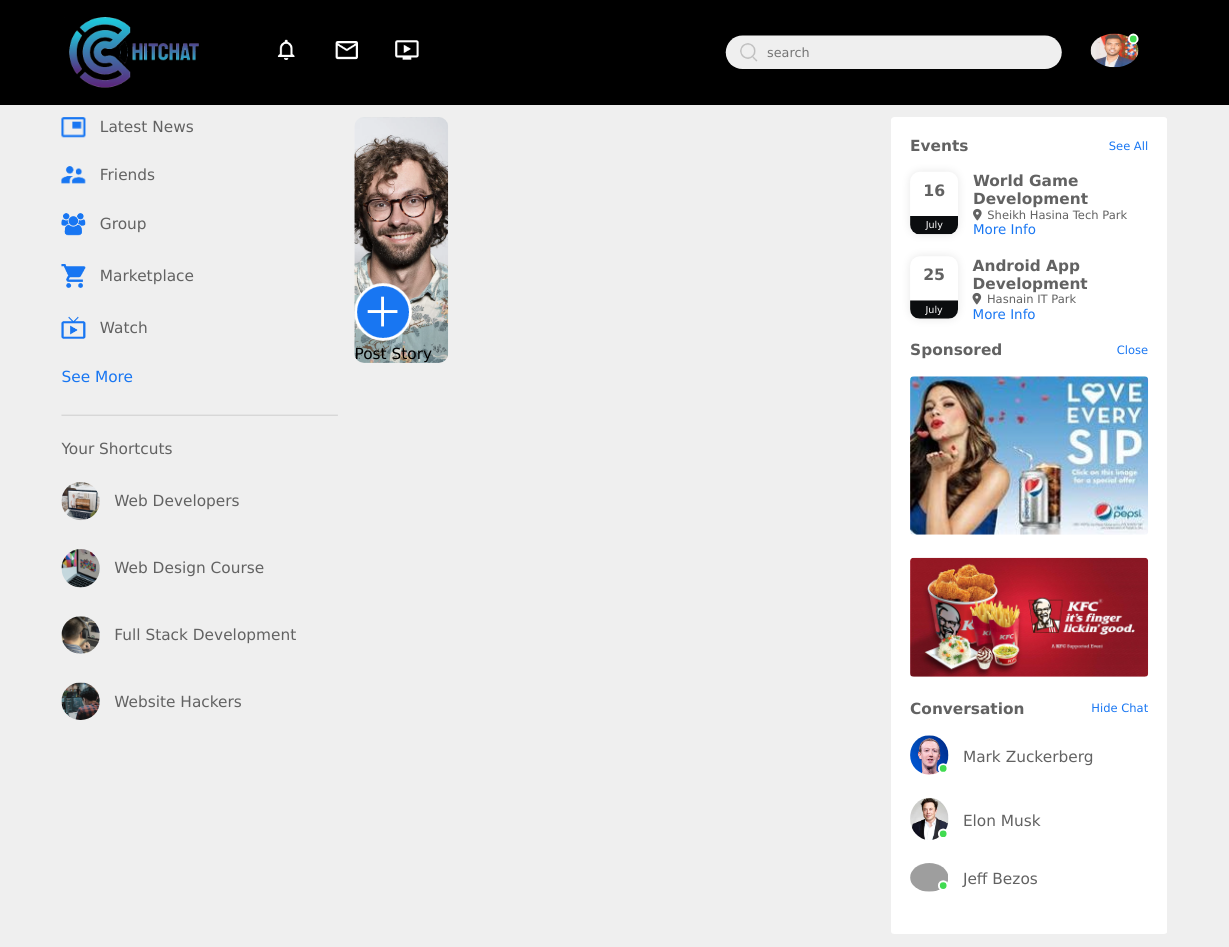
Repository: omarhasnain/ChitChat
Page: index.html
These files come from the project's save history. The page is drawn as it stood at one moment and after the next save; the edit follows.
The browser window is 1280 px wide. The pictures show the whole page, at 96% of full size.
Pictures or frames that could not be fetched are drawn as grey boxes. Some web libraries are served in a nearby version.

Above is the page before, as saved 2021-07-12 23:02:10.

### index.html
<!DOCTYPE html>
<html lang="en">

<head>
    <meta charset="UTF-8">
    <meta http-equiv="X-UA-Compatible" content="IE=edge">
    <meta name="viewport" content="width=device-width, initial-scale=1.0">
    <title>ChitChat</title>
    <link rel="stylesheet" href="style.css">
    <link rel="shortcut icon" href="images/fav-ico.ico" type="image/x-icon">
    <script src="https://kit.fontawesome.com/07933890e6.js" crossorigin="anonymous"></script>
</head>

<body>
    <nav>
        <div class="nav-left">
            <img src="images/logo4.png" alt="logo" class="logo">
            <ul>
                <li><img src="images/notification.png" alt="" class=""></li>
                <li><img src="images/inbox.png" alt="" class=""></li>
                <li><img src="images/video.png" alt="" class=""></li>
            </ul>
        </div>
        <div class="nav-right">
            <div class="search-box">
                <img src="images/search.png" alt="">
                <input type="text" placeholder="search">
            </div>
            <div class="nav-user-icon online">
                <img src="images/FC.jpg" alt="">
            </div>
        </div>
    </nav>
    <div class="container">
        <!---- Left sidebar --->
        <div class="left-sidebar">
            <div class="important-links">
                <a href="#"><img src="images/news.png" alt="news">Latest News</a>
                <a href="#"><img src="images/friends.png">Friends</a>
                <a href="#"><img src="images/group.png">Group</a>
                <a href="#"><img src="images/marketplace.png">Marketplace</a>
                <a href="#"><img src="images/watch.png">Watch</a>
                <a href="#">See More</a>
            </div>
            <div class="shortcut-links">
                <p>Your Shortcuts</p>
                <a href="#"><img src="images/shortcut-1.png" alt="">Web Developers</a>
                <a href="#"><img src="images/shortcut-2.png" alt="">Web Design Course</a>
                <a href="#"><img src="images/shortcut-3.png" alt="">Full Stack Development</a>
                <a href="#"><img src="images/shortcut-4.png" alt="">Website Hackers</a>
            </div>
        </div>
        <!---- Main Content --->
        <div class="main-content">
            <div class="story-gallery">
                <div class="story">
                    <img src="images/upload.png" alt="">
                    <p>Post Story</p>
                </div>
            </div>
        </div>
        <!---- Right sidebar --->
        <div class="right-sidebar">
            <div class="sidebar-title">
                <h4>Events</h4>
                <a href="#">See All</a>
            </div>
            <div class="event">
                <div class="left-event">
                    <h3>16</h3>
                    <span>July</span>
                </div>
                <div class="right-event">
                    <h4>World Game Development</h4>
                    <p><i class="fas fa-map-marker-alt"></i>Sheikh Hasina Tech Park</p>
                    <a href="">More Info</a>
                </div>
            </div>
            <div class="event">
                <div class="left-event">
                    <h3>25</h3>
                    <span>July</span>
                </div>
                <div class="right-event">
                    <h4>Android App Development</h4>
                    <p><i class="fas fa-map-marker-alt"></i>Hasnain IT Park </p>
                    <a href="">More Info</a>
                </div>
            </div>
            <div class="sidebar-title">
                <h4>Sponsored</h4>
                <a href="#">Close</a>
            </div>
            <a href="https://www.pepsi.com/" target="blank"><img src="images/pepsi-sip.jpg" class="sidebar-ads" alt=""></a><br>
            <a href="https://kfcbd.com/" target="blank"> <img src="images/kfc.jpg" class="sidebar-ads" alt=""></a>
            <div class="sidebar-title">
                <h4>Conversation</h4>
                <a href="#">Hide Chat</a>
            </div>
            <div class="online-list">
                <div class="online">
                    <img src="images/member-1.png" alt="">
                </div>
                <p>Mark Zuckerberg</p>
            </div>
            <div class="online-list">
                <div class="online">
                    <img src="images/member-2.png" alt="">
                </div>
                <p>Elon Musk</p>
            </div>
            <div class="online-list">
                <div class="online">
                    <img src="images/member-3.png" alt="">
                </div>
                <p>Jeff Bezos</p>
            </div>
        </div>
    </div>
</body>

</html>

### style.css
* {
    margin: 0;
    padding: 0;
    font-family: Verdana;
    box-sizing: border-box;
}

body {
    background-color: #efefef;
}

nav {
    display: flex;
    align-items: center;
    justify-content: space-between;
    background: rgb(0, 0, 0);
    padding: 5px 5%;
    position: sticky;
    top: 0;
    z-index: 100;
}

.logo {
    width: 160px;
    margin-right: 45px;
}

.nav-left,
.nav-right {
    display: flex;
    align-items: center;
}

.nav-left ul li {
    list-style: none;
    display: inline-block;
}

.nav-left ul li img {
    width: 28px;
    margin: 0 15px;
    cursor: pointer;
}

.nav-user-icon img {
    width: 50px;
    height: 35px;
    border-radius: 100%;
    cursor: pointer;
}

.nav-user-icon {
    margin: 30px;
}

.search-box {
    background: #efefef;
    width: 350px;
    border-radius: 20px;
    display: flex;
    align-items: center;
    padding: 0 15px;
}

.search-box img {
    width: 18px;
    cursor: pointer;
}

.search-box input {
    background: transparent;
    width: 100%;
    border: 0;
    display: flex;
    align-items: center;
    padding: 10px;
    outline: none;
}

.online {
    position: relative;
}

.online::after {
    content: '';
    width: 7px;
    height: 7px;
    border: 2px solid #fff;
    border-radius: 50%;
    background: #41db51;
    position: absolute;
    top: 0;
    right: 0;
}

.container {
    display: flex;
    justify-content: space-between;
    padding: 13px 5%;
}

.left-sidebar {
    flex-basis: 25%;
    position: sticky;
    top: 70px;
    align-self: flex-start;
}

.right-sidebar {
    flex-basis: 25%;
    position: sticky;
    top: 70px;
    align-self: flex-start;
    background: #fff;
    padding: 20px;
    border-radius: 4px;
    color: #626262;
}

.main-content {
    flex-basis: 47%;
}

.important-links a,
.shortcut-links a {
    text-decoration: none;
    display: flex;
    align-items: center;
    margin-bottom: 30px;
    color: #626262;
    width: fit-content;
}

.important-links a img {
    width: 25px;
    margin-right: 15px;
}

.important-links a:last-child {
    color: #1876f2;
}

.important-links {
    border-bottom: 1px solid #ccc;
}

.shortcut-links a img {
    width: 40px;
    border-radius: 30px;
    margin-right: 15px;
}

.shortcut-links p {
    margin: 25px 0;
    color: #626262;
    font-weight: 500;
}

.sidebar-title {
    display: flex;
    align-items: center;
    justify-content: space-between;
    margin-bottom: 18px;
}

.right-sidebar h4 {
    font-weight: 600;
    font-size: 16px;
}

.sidebar-title a {
    text-decoration: none;
    color: #1876f2;
    font-size: 12px;
}

.event {
    display: flex;
    font-size: 14px;
    margin-bottom: 20px;
}

.left-event {
    border-radius: 10px;
    height: 65px;
    width: 65px;
    margin-right: 15px;
    padding-top: 10px;
    text-align: center;
    position: relative;
    overflow: hidden;
    box-shadow: 0 0 10px rgba(0, 0, 0, 0.1);
}

.event p {
    font-size: 12px;
}

.event a {
    font-size: 12 px;
    text-decoration: none;
    color: #1876f2;
}

.left-event span {
    position: absolute;
    bottom: 0;
    left: 0;
    width: 100%;
    background: #0b0d0f;
    font-size: 10px;
    padding: 4px 0;
    color: #fff;
}

.fas {
    padding-right: 6px;
}

.sidebar-ads {
    width: 100%;
    margin-bottom: 20px;
    border-radius: 4px;
    cursor: pointer;
}

.online-list {
    display: flex;
    align-items: center;
    margin-bottom: 20px;
}

.online-list .online img {
    width: 40px;
    border-radius: 50%;
}

.online-list .online {
    width: 40px;
    border-radius: 50%;
    margin-right: 15px;
}

.online-list .online::after {
    top: unset;
    bottom: 5px;
}

.story-gallery {
    display: flex;
    justify-content: space-between;
    margin-bottom: 20px;
}

.story {
    flex-basis: 18%;
    padding-top: 32%;
    position: relative;
    background-image: url(images/status-1.png);
    background-position: center;
    background-size: cover;
    border-radius: 10px;
}

After the next save:
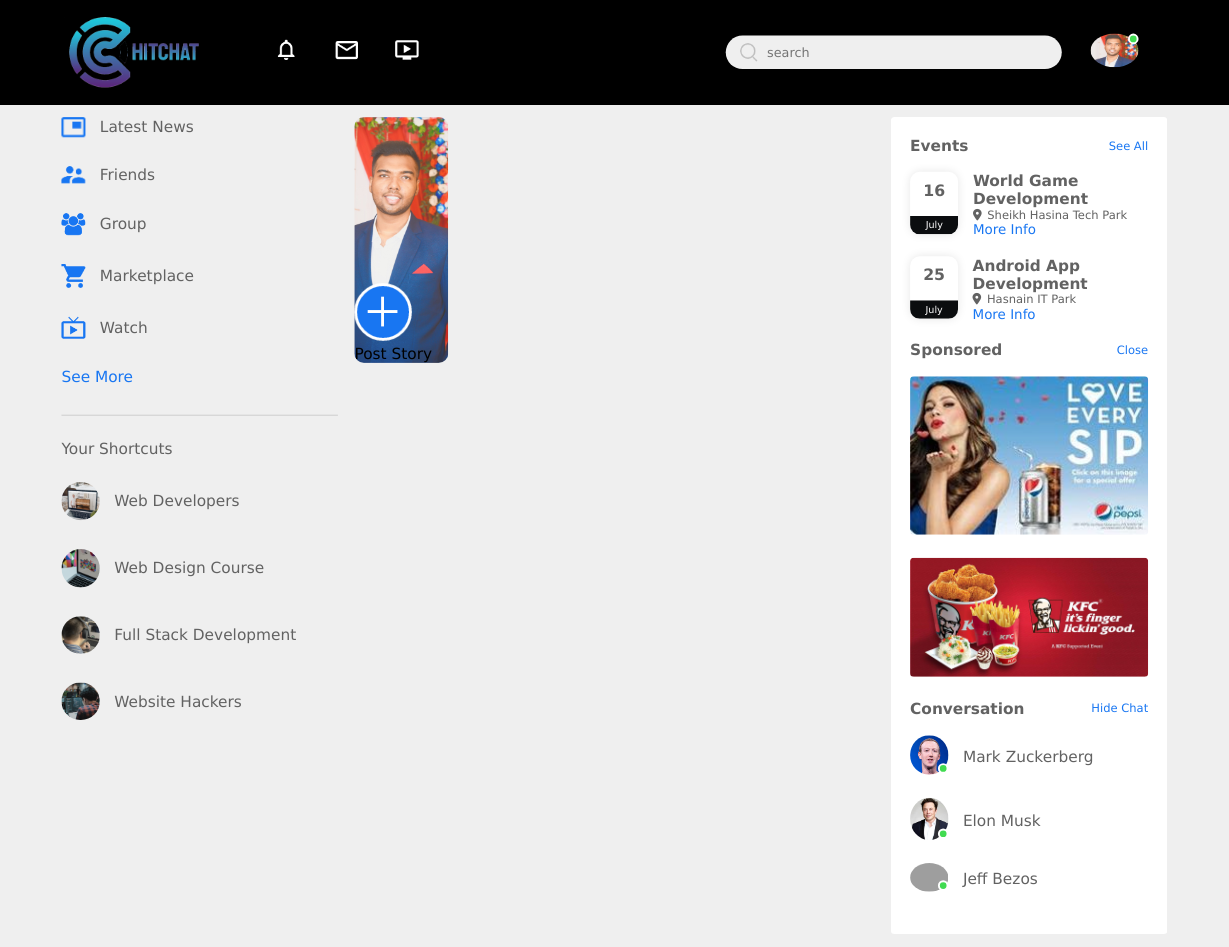
Saved 87 s later.
--- a/style.css
+++ b/style.css
@@ -256,7 +256,7 @@
     flex-basis: 18%;
     padding-top: 32%;
     position: relative;
-    background-image: url(images/status-1.png);
+    background-image: url(images/status-1.jpg);
     background-position: center;
     background-size: cover;
     border-radius: 10px;
